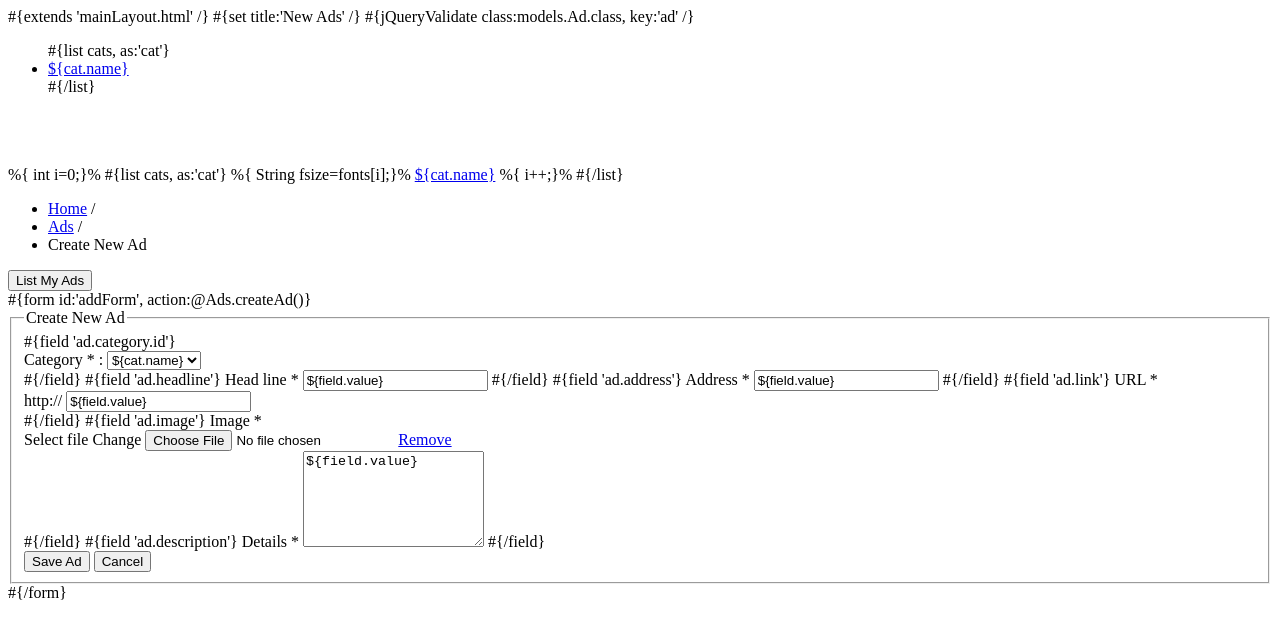
Repository: Maalejm/SEBA
Page: SlifeWebSite/app/views/Ads/newAd.html
These files come from the project's save history. The page is drawn as it stood at one moment and after the next save; the edit follows.
The browser window is 1280 px wide. The pictures show the whole page.

Above is the page before, as saved 2013-06-18 08:16:39.

### SlifeWebSite/app/views/Ads/newAd.html
#{extends 'mainLayout.html' /}
#{set title:'New Ads' /}


#{jQueryValidate class:models.Ad.class, key:'ad' /}

 <div class="container-fluid">
            <div class="row-fluid">
                <div class="span2">

                    <ul class="nav nav-list">
                        #{list cats, as:'cat'}
                         <li
                         %{ if(cat.id==1) { }%
                          class="active"
                         %{ } }%
                         ><a class="catNav" href="${cat.id}">${cat.name}</a></li>
                        #{/list}

                    </ul>

                    <div>
                    <br/>
                    <br/>
                    <br/>

                    %{ int i=0;}%
                    #{list cats, as:'cat'}
                       %{ String fsize=fonts[i];}%
                       <span style="font-size:${fsize}px;"><a class="catNav" href="${cat.id}">${cat.name}</a></span>
                      %{ i++;}%
                    #{/list}
                    </div>
                    <!--Sidebar content-->
                </div>
                <div class="span10">
                    <ul class="breadcrumb">
                        <li><a href="#">Home</a> <span class="divider">/</span></li>
                        <li><a href="#">Ads</a> <span class="divider">/</span></li>
                        <li class="active">Create New Ad</li>
                    </ul>

                    <div class="btn-group">
                        <button class="btn">List My Ads</button>
                    </div>




                    #{form id:'addForm', action:@Ads.createAd()}
                        <fieldset>
                            <legend>Create New Ad</legend>
                            <!-- #{ifErrors}
								<div class="error">
   									 <h2>Oops, please correct these errors</h2>
								</div>
							#{/ifErrors}
 -->
                             #{field 'ad.category.id'}
        						<div class="field">
            					<label for="${field.id}">Category * : </label>
            					<select id="${field.id}"  name="${field.name}" class="span5 ${field.errorClass}" >

                                #{list cats, as:'cat'}
                                <option value="${cat.id}">${cat.name}</option>
                    		    #{/list}
                          	  </select>

						 	 </div>
      					   #{/field}
							#{field 'ad.headline'}
                            <label for="${field.id}" >Head line *</label>
                             <input id="${field.id}" value="${field.value}"  name="${field.name}" class="span5 ${field.errorClass}" type="text" class="span5" placeholder="Descripe your ad">

                            #{/field}
                            #{field 'ad.address'}
                            <label for="${field.id}" >Address *</label>
                             <input id="${field.id}" value="${field.value}"  name="${field.name}" class="span5 ${field.errorClass}" type="text" class="span5" placeholder="Type an address here">

                            #{/field}

                            #{field 'ad.link'}
                            <label for="${field.id}" >URL *</label>
                             <div class=" input-prepend">
                                    <span class="add-on">http://</span>
                             <input id="${field.id}" value="${field.value}"  name="${field.name}" class="input_text ${field.errorClass}" type="text" class="span5" placeholder="Type an address here">
                             </div>

                            #{/field}


                            #{field 'ad.image'}
                            <label for="${field.id}" >Image *</label>

                              <div class="fileupload fileupload-new" data-provides="fileupload">
  								<div class="input-append">
   								 <div class="uneditable-input span3"><i class="icon-file fileupload-exists">
   								 </i> <span class="fileupload-preview"></span></div><span class="btn btn-file">
   								 <span class="fileupload-new">Select file</span>
   								 <span class="fileupload-exists">Change</span>
   								 <input type="file" id="${field.id}" value="${field.value}"  name="${field.name}" class="${field.errorClass}" /></span><a href="#" class="btn fileupload-exists" data-dismiss="fileupload">Remove</a>


  								</div>

							</div>


                            #{/field}


                             #{field 'ad.description'}
                            <label for="${field.id}" >Details *</label>
                                <textarea rows="6"  id="${field.id}"   name="${field.name}" class="input_textarea ${field.errorClass}">${field.value}</textarea>

                            #{/field}

                                  <br/>



                                  <div class="form-actions">
                                      <button type="submit" class="btn btn-primary">Save Ad</button>
                                      <button type="button" class="btn">Cancel</button>
                                  </div>
                        </fieldset>
                    #{/form}



                    <!--Body content-->
                </div>
            </div>
        </div>

After the next save:
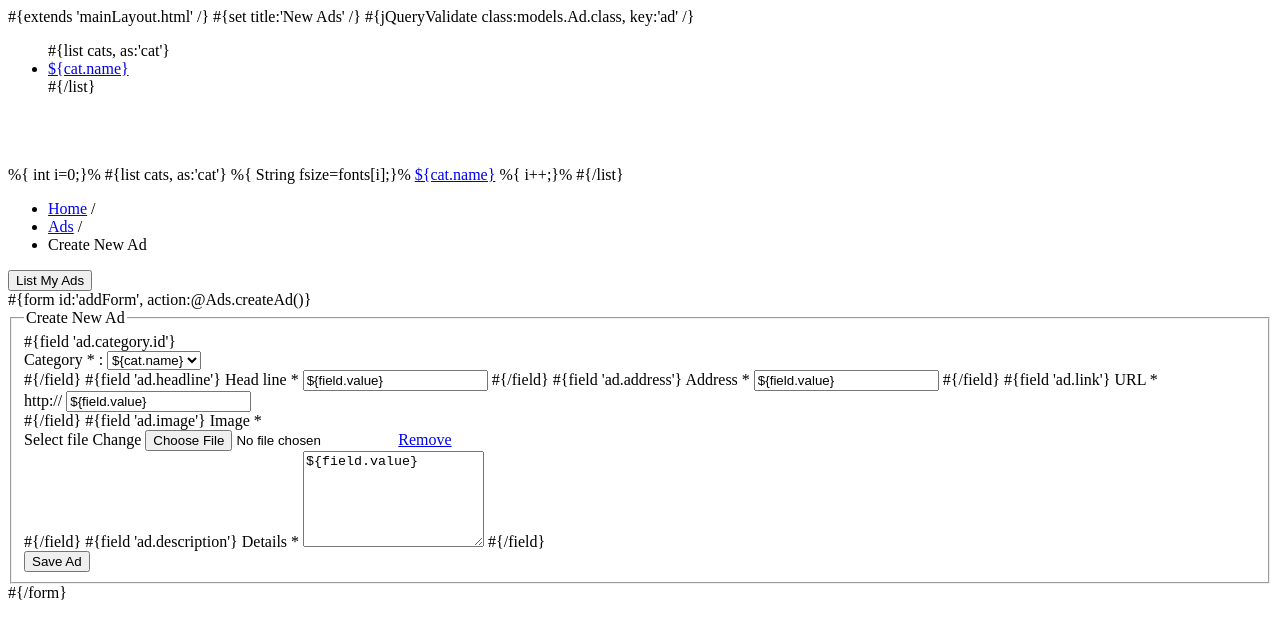
Saved 52 s later.
--- a/SlifeWebSite/app/views/Ads/newAd.html
+++ b/SlifeWebSite/app/views/Ads/newAd.html
@@ -121,7 +121,7 @@
 
                                   <div class="form-actions">
                                       <button type="submit" class="btn btn-primary">Save Ad</button>
-                                      <button type="button" class="btn">Cancel</button>
+
                                   </div>
                         </fieldset>
                     #{/form}
